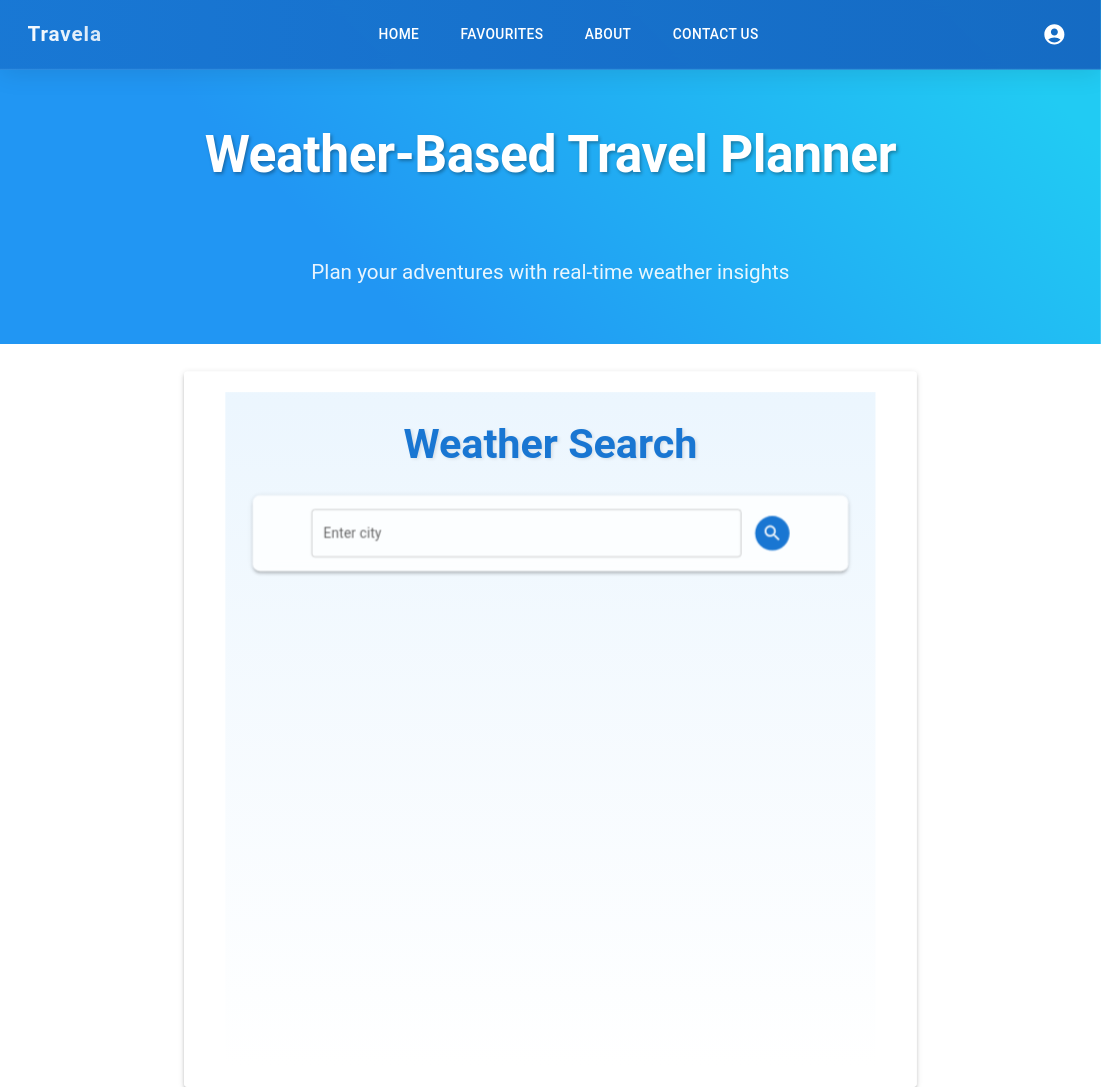
Repository: sphllzulu/TemperatureTrail
Page: / (app in frontend/)
The author's editor kept a copy of each file at every save. The page is drawn from the files as they stood at one save, then again after a run of saves.
The browser window is 1280 px wide. The pictures show the whole page, at 86% of full size.
The project was rebuilt for these pictures with package versions that can differ from the ones it lists, and the page was loaded fresh each time. Also part of the build but not shown: frontend/vite.config.js, frontend/src/components/SuggestedActivities.jsx, frontend/src/components/Map.jsx, frontend/src/pages/Profile.jsx, frontend/src/components/Login.jsx, frontend/src/components/Register.jsx.

Above is the page before, as saved 2025-01-15 16:41:56.

### frontend/src/index.css
@import url('https://fonts.googleapis.com/css2?family=Outfit:wght@100..900&display=swap');
*{
  margin: 0;
  padding: 0;
  font-family: Outfit;
}

### frontend/src/App.jsx
import { BrowserRouter as Router, Routes, Route } from 'react-router-dom';
import Navbar from './components/Navbar'
import Home from './pages/Home'
import ProfilePage from './pages/Profile';
import Login from './components/Login';
import Register from './components/Register';

const App = () => {
  return (
    <Router>
      <Navbar />
      <Routes>
        <Route path="/" element={<Home />} />
        <Route path="/profile" element={<ProfilePage />} />
        <Route path="/login" element={<Login />} />
        <Route path="/register" element={<Register />} />
      </Routes>
    </Router>
  );
};

export default App;

### frontend/src/components/Navbar.jsx
import React, { useState } from 'react';
import { Link as RouterLink } from 'react-router-dom';
import {
  AppBar,
  Toolbar,
  Typography,
  Button,
  Box,
  Stack,
  IconButton,
  useTheme,
  Menu,
  MenuItem,
  alpha,
  useScrollTrigger,
  Slide,
} from '@mui/material';
import AccountCircleIcon from '@mui/icons-material/AccountCircle';

function HideOnScroll(props) {
  const { children } = props;
  const trigger = useScrollTrigger();

  return (
    <Slide appear={false} direction="down" in={!trigger}>
      {children}
    </Slide>
  );
}

function Navbar() {
  const theme = useTheme();
  const [anchorEl, setAnchorEl] = useState(null);
  const open = Boolean(anchorEl);

  const handleProfileClick = (event) => {
    setAnchorEl(event.currentTarget);
  };

  const handleClose = () => {
    setAnchorEl(null);
  };

  const navItems = [
    { text: 'Home', path: '/' },
    { text: 'Favourites', path: '/favourites' },
    { text: 'About', path: '/about' },
    { text: 'Contact Us', path: '/contact' }
  ];

  const profileMenuItems = [
    { text: 'Login/Sign up', path: '/login' },
    { text: 'History', path: '/history' }
  ];

  return (
    <HideOnScroll>
      <AppBar
        position="fixed"
        sx={{
          background: `linear-gradient(to right, ${alpha(theme.palette.primary.main, 0.95)}, ${alpha(
            theme.palette.primary.dark,
            0.95
          )})`,
          backdropFilter: 'blur(8px)',
          boxShadow: `0 4px 30px ${alpha(theme.palette.common.black, 0.1)}`,
          borderBottom: `1px solid ${alpha(theme.palette.common.white, 0.1)}`,
        }}
      >
        <Toolbar
          sx={{
            justifyContent: 'space-between',
            py: 1,
            px: { xs: 2, sm: 4 },
          }}
        >
          {/* Logo */}
          <Typography
            variant="h5"
            component={RouterLink}
            to="/"
            sx={{
              fontWeight: 700,
              letterSpacing: 1,
              background: `linear-gradient(45deg, ${theme.palette.common.white}, ${alpha(
                theme.palette.common.white,
                0.8
              )})`,
              backgroundClip: 'text',
              WebkitBackgroundClip: 'text',
              color: 'transparent',
              textDecoration: 'none',
              transition: 'transform 0.2s ease-in-out',
              '&:hover': {
                transform: 'scale(1.05)',
              },
            }}
          >
            Travela
          </Typography>

          {/* Navigation Links */}
          <Stack
            direction="row"
            spacing={{ xs: 1, sm: 2 }}
            sx={{
              flexGrow: 1,
              justifyContent: 'center',
              mx: { xs: 2, sm: 4 },
            }}
          >
            {navItems.map((item) => (
              <Button
                key={item.path}
                component={RouterLink}
                to={item.path}
                sx={{
                  color: 'white',
                  px: { xs: 1.5, sm: 2 },
                  py: 1,
                  fontSize: { xs: '0.875rem', sm: '1rem' },
                  transition: 'all 0.2s ease-in-out',
                  position: 'relative',
                  '&::after': {
                    content: '""',
                    position: 'absolute',
                    bottom: 0,
                    left: '50%',
                    width: 0,
                    height: 2,
                    backgroundColor: 'white',
                    transition: 'all 0.3s ease-in-out',
                    transform: 'translateX(-50%)',
                  },
                  '&:hover': {
                    backgroundColor: 'transparent',
                    transform: 'translateY(-2px)',
                    '&::after': {
                      width: '80%',
                    },
                  },
                  '&.active': {
                    '&::after': {
                      width: '80%',
                    },
                  },
                }}
              >
                {item.text}
              </Button>
            ))}
          </Stack>

          {/* Profile */}
          <Box>
            <IconButton
              onClick={handleProfileClick}
              sx={{
                color: 'white',
                transition: 'all 0.2s ease-in-out',
                '&:hover': {
                  transform: 'scale(1.1)',
                  backgroundColor: alpha(theme.palette.common.white, 0.1),
                },
              }}
            >
              <AccountCircleIcon sx={{ fontSize: 28 }} />
            </IconButton>
            <Menu
              id="profile-menu"
              anchorEl={anchorEl}
              open={open}
              onClose={handleClose}
              MenuListProps={{
                'aria-labelledby': 'profile-button',
              }}
              anchorOrigin={{
                vertical: 'bottom',
                horizontal: 'right',
              }}
              transformOrigin={{
                vertical: 'top',
                horizontal: 'right',
              }}
              sx={{
                '& .MuiPaper-root': {
                  mt: 1,
                  minWidth: 180,
                  backgroundImage: `linear-gradient(to bottom right, ${alpha(
                    theme.palette.primary.main,
                    0.95
                  )}, ${alpha(theme.palette.primary.dark, 0.95)})`,
                  backdropFilter: 'blur(8px)',
                  border: `1px solid ${alpha(theme.palette.common.white, 0.1)}`,
                },
              }}
            >
              {profileMenuItems.map((item) => (
                <MenuItem
                  key={item.path}
                  component={RouterLink}
                  to={item.path}
                  onClick={handleClose}
                  sx={{
                    color: 'white',
                    transition: 'all 0.2s ease-in-out',
                    '&:hover': {
                      backgroundColor: alpha(theme.palette.common.white, 0.1),
                      transform: 'translateX(4px)',
                    },
                  }}
                >
                  {item.text}
                </MenuItem>
              ))}
            </Menu>
          </Box>
        </Toolbar>
      </AppBar>
    </HideOnScroll>
  );
}

export default Navbar;

### frontend/src/pages/Home.jsx
import React, { useState } from 'react';
import {
  Box,
  Container,
  Typography,
  Paper,
  CircularProgress,
  Alert
} from '@mui/material';
import { styled } from '@mui/material/styles';
import Weather from '../components/Weather';

// Styled components
const StyledHeroSection = styled(Paper)(({ theme }) => ({
  padding: theme.spacing(8, 0, 6),
  background: 'linear-gradient(45deg, #2196F3 30%, #21CBF3 90%)',
  color: 'white',
  marginBottom: theme.spacing(4),
  borderRadius: 0
}));

const StyledWeatherContainer = styled(Box)(({ theme }) => ({
  marginTop: theme.spacing(4),
  padding: theme.spacing(3),
  backgroundColor: 'rgba(255, 255, 255, 0.9)',
  borderRadius: theme.shape.borderRadius,
  boxShadow: theme.shadows[3]
}));

const Home = () => {
  const [weatherData, setWeatherData] = useState(null);
  const [loading, setLoading] = useState(false);
  const [error, setError] = useState(null);

  const handleSearch = async (city) => {
    try {
      setLoading(true);
      setError(null);
      const response = await fetch(`/api/weather?city=${encodeURIComponent(city)}`);

      if (!response.ok) {
        throw new Error('Failed to fetch weather data');
      }

      const data = await response.json();
      setWeatherData(data);
    } catch (error) {
      console.error('Error fetching weather:', error);
      setError('Failed to fetch weather data. Please try again.');
    } finally {
      setLoading(false);
    }
  };

  return (
    <Box sx={{ flexGrow: 1 }}>
      <StyledHeroSection elevation={0}>
        <Container maxWidth="lg">
          <Typography
            component="h1"
            variant="h2"
            align="center"
            color="inherit"
            gutterBottom
            sx={{
              fontWeight: 'bold',
              textShadow: '2px 2px 4px rgba(0,0,0,0.3) ', margin: 10
            }}
          >
            Weather-Based Travel Planner
          </Typography>
          <Typography
            variant="h5"
            align="center"
            color="inherit"
            paragraph
            sx={{ opacity: 0.9, padding: 0.5 }}
          >
            Plan your adventures with real-time weather insights
          </Typography>
        </Container>
      </StyledHeroSection>

      <Container maxWidth="md">
        <StyledWeatherContainer>
          {error && (
            <Alert severity="error" sx={{ mb: 2 }}>
              {error}
            </Alert>
          )}

          {loading ? (
            <Box display="flex" justifyContent="center" p={4}>
              <CircularProgress />
            </Box>
          ) : (
            <Weather
              weatherData={weatherData}
              onSearch={handleSearch}
            />
          )}
        </StyledWeatherContainer>
      </Container>
    </Box>
  );
};

export default Home;

Loaded but not shown: frontend/index.html (common file); frontend/src/main.jsx (common file); frontend/src/components/Weather.jsx (624 lines, source omitted)

After the next 3 saves:
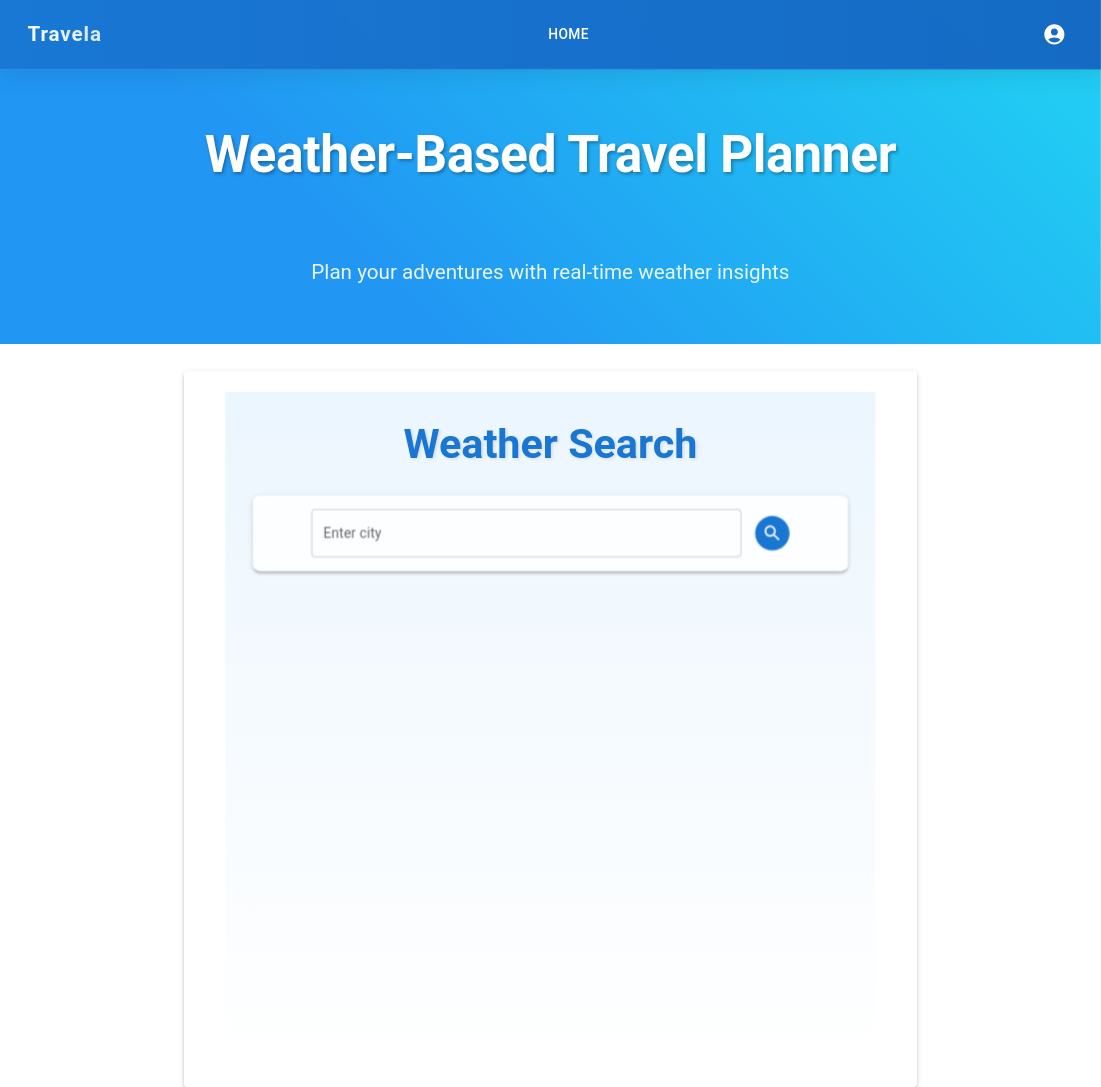
The 3 saves are shown as one change because they came seconds apart.
The last was saved 22 s later.
--- a/frontend/src/components/Navbar.jsx
+++ b/frontend/src/components/Navbar.jsx
@@ -43,9 +43,9 @@ function Navbar() {
 
   const navItems = [
     { text: 'Home', path: '/' },
-    { text: 'Favourites', path: '/favourites' },
-    { text: 'About', path: '/about' },
-    { text: 'Contact Us', path: '/contact' }
+    // { text: 'Favourites', path: '/favourites' },
+    // { text: 'About', path: '/about' },
+    // { text: 'Contact Us', path: '/contact' }
   ];
 
   const profileMenuItems = [
